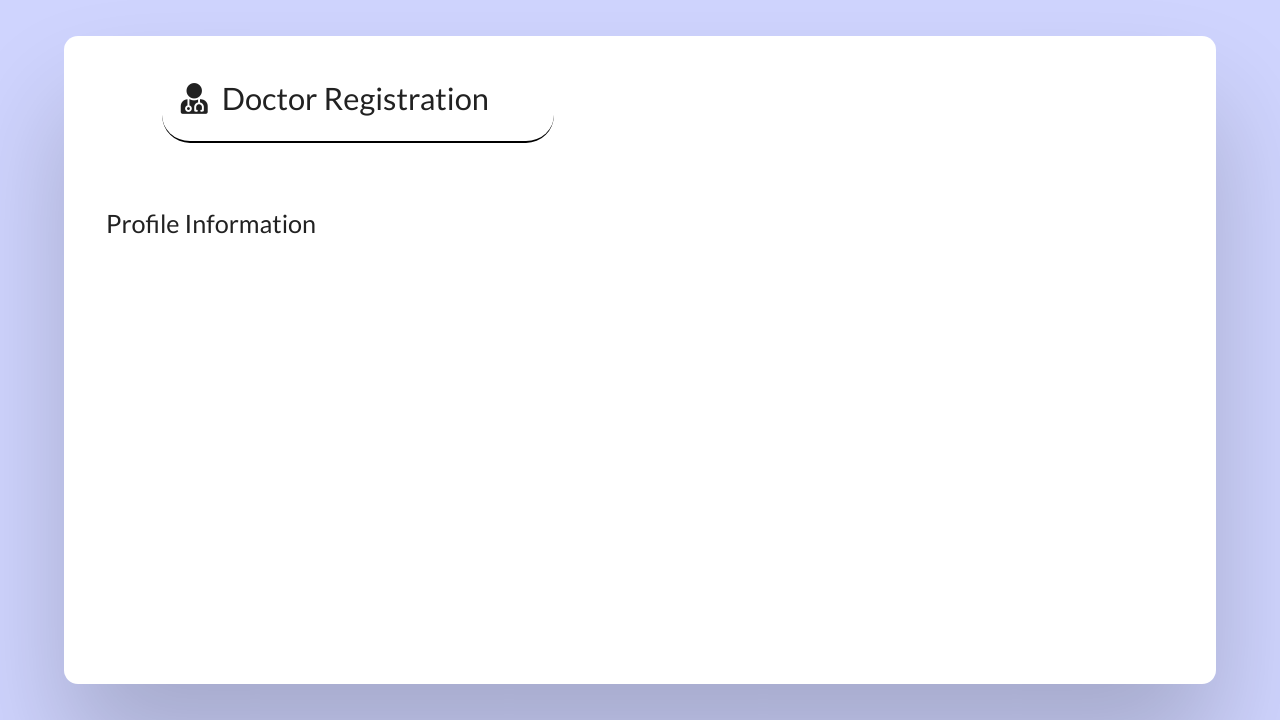
Repository: ajayaj2001/healthcare-digitization
Page: /doctorRegister
The author's editor kept a copy of each file at every save. The page is drawn from the files as they stood at one save, then again after the next save.
The browser window is 1280 px wide. The pictures show the whole page.
The project was rebuilt for these pictures with package versions that can differ from the ones it lists, and the page was loaded fresh each time. Also part of the build but not shown: src/component/userType/UserType.scss, src/component/userType/UserType.js, src/component/login/Login.scss, src/component/login/loginForm/LoginForm.scss, src/component/login/loginForm/LoginForm.js, src/component/login/Login.js, src/component/register/Register.scss, src/component/register/registerForm/RegisterForm.scss and 2 more.

Above is the page before, as saved 2021-03-13 11:27:49.

### public/index.html
<!DOCTYPE html>
<html lang="en">

<head>
  <meta charset="utf-8" />
  <meta name="viewport" content="width=device-width, initial-scale=1" />
  <meta name="theme-color" content="#000000" />
  <meta name="description" content="Web site created using create-react-app" />
  <link rel="stylesheet" href="https://fonts.googleapis.com/css?family=Roboto:300,400,500,700&display=swap" />
  <link rel="stylesheet" href="https://fonts.googleapis.com/icon?family=Material+Icons" />

  <!--
      manifest.json provides metadata used when your web app is installed on a
      user's mobile device or desktop. See https://developers.google.com/web/fundamentals/web-app-manifest/
    -->
  <!-- <link rel="manifest" href="%PUBLIC_URL%/manifest.json" /> -->
  <!--
      Notice the use of %PUBLIC_URL% in the tags above.
      It will be replaced with the URL of the `public` folder during the build.
      Only files inside the `public` folder can be referenced from the HTML.

      Unlike "/favicon.ico" or "favicon.ico", "%PUBLIC_URL%/favicon.ico" will
      work correctly both with client-side routing and a non-root public URL.
      Learn how to configure a non-root public URL by running `npm run build`.
    -->
  <title>medical</title>
</head>

<body>
  <noscript>You need to enable JavaScript to run this app.</noscript>
  <div id="root"></div>
  <!--
      This HTML file is a template.
      If you open it directly in the browser, you will see an empty page.

      You can add webfonts, meta tags, or analytics to this file.
      The build step will place the bundled scripts into the <body> tag.

      To begin the development, run `npm start` or `yarn start`.
      To create a production bundle, use `npm run build` or `yarn build`.
    -->
</body>

</html>

### src/index.js
import React from 'react';
import ReactDOM from 'react-dom';
import './index.scss';
import App from './component/app/App';
import 'semantic-ui-css/semantic.min.css'


ReactDOM.render(
  // <React.StrictMode>
    <App />
  // </React.StrictMode>
  ,
  document.getElementById('root')
);

### src/index.scss
code {
  font-family: source-code-pro, Menlo, Monaco, Consolas, "Courier New", monospace;
}
@mixin respond($breakpoint) {
  @if $breakpoint == phone {
    @media (max-width: 37.5em) {
      @content;
    }
  }

  @if $breakpoint == tab-land {
    @media (max-width: 75em) {
      @content;
    }
  }
  @if $breakpoint == tab-port {
    @media (max-width: 56.25em) {
      @content;
    }
  }
  @if $breakpoint == big-desktop {
    @media (min-width: 112.5em) {
      @content;
    }
  }
}

*,
*::after,
*::before {
  margin: 0;
  padding: 0;
  box-sizing: inherit;
}
body {
  font-family: "Lato", sans-serif;
  font-weight: 400;
  font-size: 16px;
  line-height: 1.7;
  color: #777;
  //padding: 30px;
  box-sizing: border-box;
  @include respond(tab-port) {
    padding: 0;
  }
}

html {
  font-size: 62.5%; //1rem=10px 10px/16px=62.5%
  @include respond(tab-land) {
    //width <1200
    font-size: 56.25%; //1rem=9px
  }
  @include respond(tab-port) {
    //<width <900
    font-size: 50%; //1rem=8px
  }
  // @include respond(phone) {
  //     //<width<600
  //     font-size: 40%; //1rem=4.8px
  // }
  @include respond(big-desktop) {
    //>1200
    font-size: 75%; //1rem=12
  }
}

### src/component/app/App.js
import './App.scss';

import UserType from "../userType/UserType";
import Login from '../login/Login';
import Register from '../register/Register';
import { BrowserRouter as Router,Route,Switch } from 'react-router-dom';
import DoctorRegister from '../doctorRegister/DoctorRegister';

function App() {
  return (
    <Router>
       <Switch>
          <Route path="/login">
           <Login/>
          </Route>
          <Route path="/register">
           <Register/>
          </Route>
          <Route path="/doctorRegister">
            <DoctorRegister/>
          </Route>
          <Route path="/">
            <UserType/>
          </Route>

        </Switch>
    {/* <div className="App">
    </div> */}
    </Router>
  );
}

export default App;

### src/component/doctorRegister/DoctorRegister.js
import React from 'react'
import './DoctorRegister.scss'
import DoctorRegisterForm from './doctorRegisterForm/DoctorRegisterForm'
import {  Icon } from 'semantic-ui-react'

const DoctorRegister = () => {
    return (
        <div className="doctorRegister__container">
            <div className="doctorRegister__main">
                <div className="doctorRegister__heading"><Icon name="user doctor"/> Doctor Registration</div>
                <DoctorRegisterForm/>
            </div>
        </div>
    )
}

export default DoctorRegister

### src/component/doctorRegister/DoctorRegister.scss
.doctorRegister{
    &__container{
        margin: 0;
        background-color: #cfd4fe;
        height: 100vh;
        display: flex;
        justify-content: center;
        align-items: center;
    }
    &__main{
        background-color: white;
        width: 90%;
        height: 90%;
        border-radius: 1rem;
        align-items: center;
        overflow: hidden;
        box-shadow: 0 5rem 8rem rgba(black, 0.2);
        padding: 0rem 0rem 0rem 3rem;
    }
   &__heading{
       font-size: 2.2rem;
       margin: 1.5rem 0rem 5rem 4rem;
       padding-left: 1rem;
       line-height: 6rem;
       border-bottom: .2rem solid black;
       width: 28rem;
       border-radius: 2rem;

   }
}

### src/component/doctorRegister/doctorRegisterForm/DoctorRegisterForm.js
import React from 'react'
import './DoctorRegisterForm.scss'
const DoctorRegisterForm = () => {
    return (
        <div className="doctorRegisterForm">
            <div className="doctorRegisterForm__heading">Profile Information</div>
        </div>
    )
}

export default DoctorRegisterForm

### src/component/doctorRegister/doctorRegisterForm/DoctorRegisterForm.scss
.doctorRegisterForm{
    &__heading{
        font-size: 1.8rem;
    }
}

Loaded but not shown: src/component/app/App.scss (no stored copy; drawn as an empty file)

After the next save:
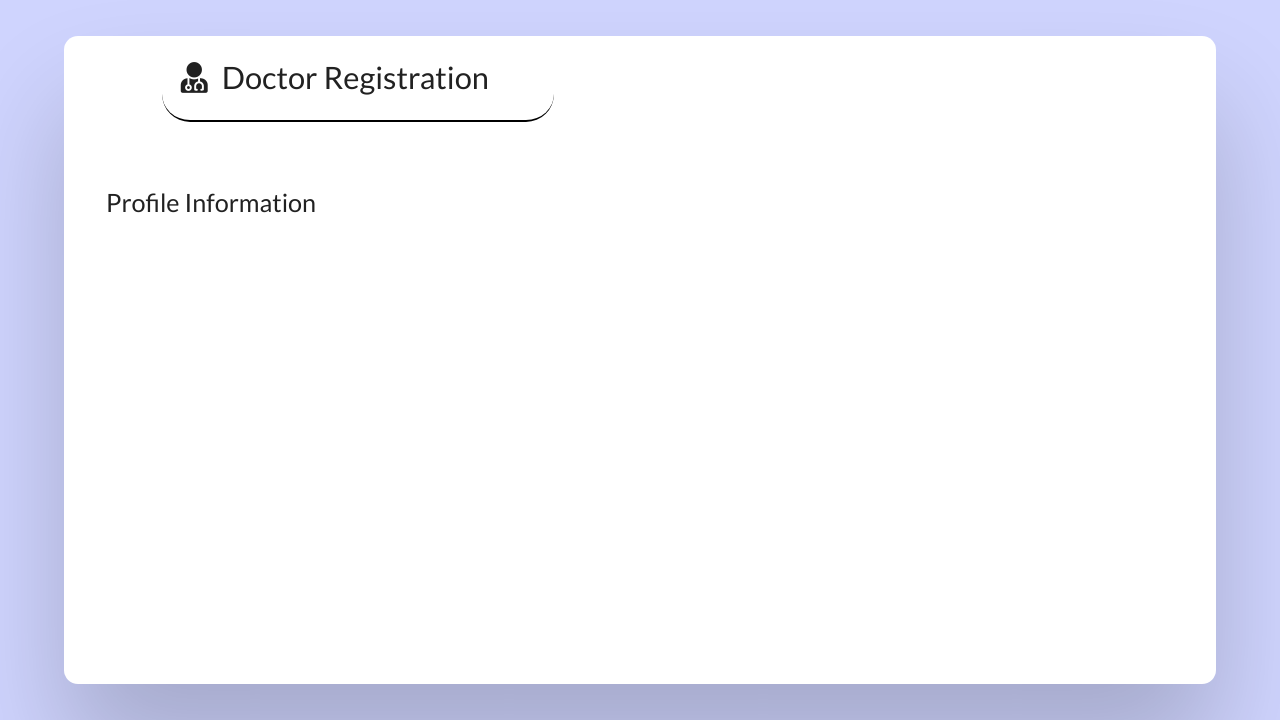
Saved 12 s later.
--- a/src/component/doctorRegister/DoctorRegister.scss
+++ b/src/component/doctorRegister/DoctorRegister.scss
@@ -19,7 +19,7 @@
     }
    &__heading{
        font-size: 2.2rem;
-       margin: 1.5rem 0rem 5rem 4rem;
+       margin: 0rem 0rem 5rem 4rem;
        padding-left: 1rem;
        line-height: 6rem;
        border-bottom: .2rem solid black;
